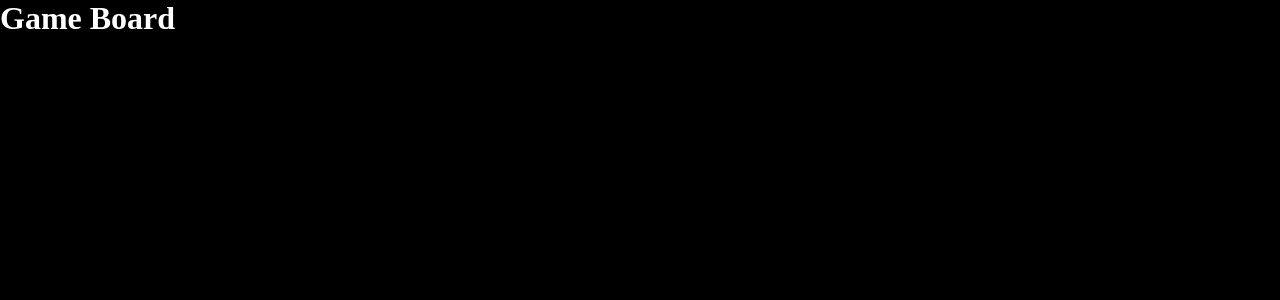
Repository: programmer686/Mastermind-with-Next.js
Page: /, after clicking the first element matching `button.StartScreen_51d34_startscreen__play_button`
These files come from the project's save history. The page is drawn as it stood at one moment and after the next save; the edit follows.
The browser window is 1280 px wide. The pictures show the whole page.
The project was rebuilt for these pictures with package versions that can differ from the ones it lists, and the page was loaded fresh each time. The framework's server and built-in components were replaced by stand-ins that run in the browser. Also part of the build but not shown: next.config.js, src/styles/StartScreen.module.css.

Above is the page before, as saved 2023-07-15 19:10:53.

After the next save:
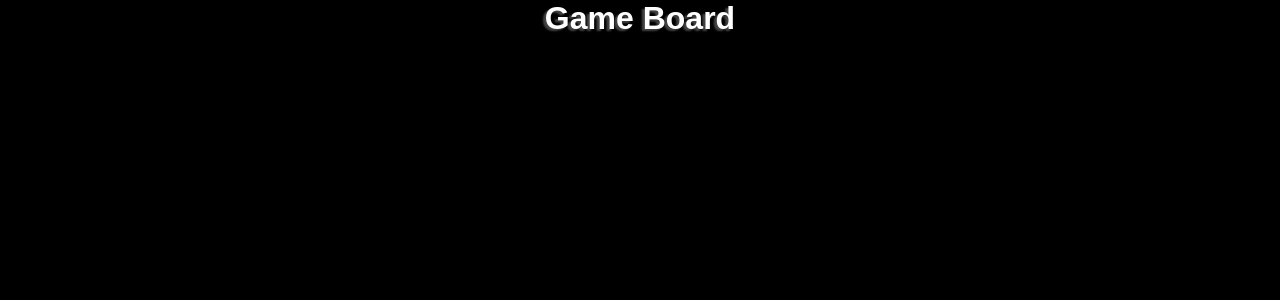
Saved 33 s later.
--- a/src/styles/GameBoard.module.css
+++ b/src/styles/GameBoard.module.css
@@ -1,3 +1,12 @@
 .GameBoard__name {
+    font-weight: bolder;
+    font-family: Arial, Helvetica, sans-serif;
+    margin-bottom: 10px;
+    text-shadow: -3px 2px 2px rgb(68, 68, 68);
     color: white;
 }
+
+.GameBoard__header {
+    width: 100%;
+    text-align: center;
+}
